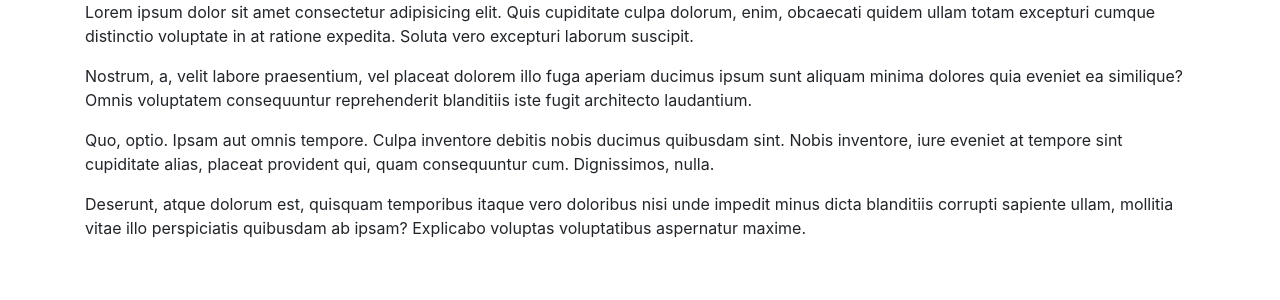
Repository: anhtu2110/front_end
Page: lesson/bootstrap/text-images/3.2-text-align.html
The author's editor kept a copy of each file at every save. The page is drawn from the files as they stood at one save, then again after the next save.
The browser window is 1280 px wide. The pictures show the whole page.

Above is the page before, as saved 2022-12-01 23:11:19.

### lesson/bootstrap/text-images/3.2-text-align.html
<!DOCTYPE html>
<html lang="en">
  <head>
    <meta charset="UTF-8" />
    <meta http-equiv="X-UA-Compatible" content="IE=edge" />
    <meta name="viewport" content="width=device-width, initial-scale=1.0" />
    <link rel="stylesheet" href="./bootstrap/css/bootstrap.min.css" />
    <title>Text aling trong bootstrapt</title>
  </head>
  <body>
    <div class="container">
      <div class="row">
        <div class="col-md-12">
          <p class="text-left">
            Lorem ipsum dolor sit amet consectetur adipisicing elit. Quis
            cupiditate culpa dolorum, enim, obcaecati quidem ullam totam
            excepturi cumque distinctio voluptate in at ratione expedita. Soluta
            vero excepturi laborum suscipit.
          </p>
          <p class="text-right text-md-left">
            Nostrum, a, velit labore praesentium, vel placeat dolorem illo fuga
            aperiam ducimus ipsum sunt aliquam minima dolores quia eveniet ea
            similique? Omnis voluptatem consequuntur reprehenderit blanditiis
            iste fugit architecto laudantium.
          </p>
          <p>
            Quo, optio. Ipsam aut omnis tempore. Culpa inventore debitis nobis
            ducimus quibusdam sint. Nobis inventore, iure eveniet at tempore
            sint cupiditate alias, placeat provident qui, quam consequuntur cum.
            Dignissimos, nulla.
          </p>
          <p>
            Deserunt, atque dolorum est, quisquam temporibus itaque vero
            doloribus nisi unde impedit minus dicta blanditiis corrupti sapiente
            ullam, mollitia vitae illo perspiciatis quibusdam ab ipsam?
            Explicabo voluptas voluptatibus aspernatur maxime.
          </p>
        </div>
      </div>
    </div>
    <script src="js/jquery-3.6.1.min.js"></script>
    <script src="js/popper.min.js"></script>
    <script src="./bootstrap/js/bootstrap.min.js"></script>
  </body>
</html>

Loaded but not shown: lesson/bootstrap/text-images/bootstrap/css/bootstrap.min.css (library); lesson/bootstrap/text-images/js/jquery-3.6.1.min.js (library); lesson/bootstrap/text-images/js/popper.min.js (library); lesson/bootstrap/text-images/bootstrap/js/bootstrap.min.js (library)

After the next save:
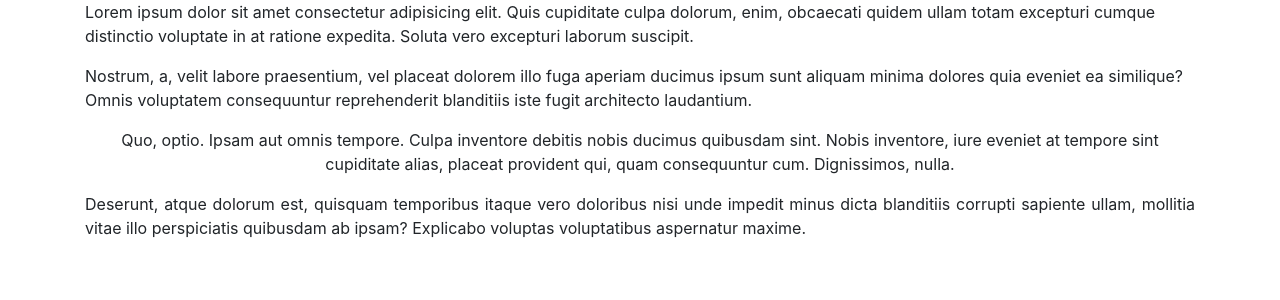
Saved 55 s later.
--- a/lesson/bootstrap/text-images/3.2-text-align.html
+++ b/lesson/bootstrap/text-images/3.2-text-align.html
@@ -23,13 +23,13 @@
             similique? Omnis voluptatem consequuntur reprehenderit blanditiis
             iste fugit architecto laudantium.
           </p>
-          <p>
+          <p class="text-center">
             Quo, optio. Ipsam aut omnis tempore. Culpa inventore debitis nobis
             ducimus quibusdam sint. Nobis inventore, iure eveniet at tempore
             sint cupiditate alias, placeat provident qui, quam consequuntur cum.
             Dignissimos, nulla.
           </p>
-          <p>
+          <p class="text-justify">
             Deserunt, atque dolorum est, quisquam temporibus itaque vero
             doloribus nisi unde impedit minus dicta blanditiis corrupti sapiente
             ullam, mollitia vitae illo perspiciatis quibusdam ab ipsam?
